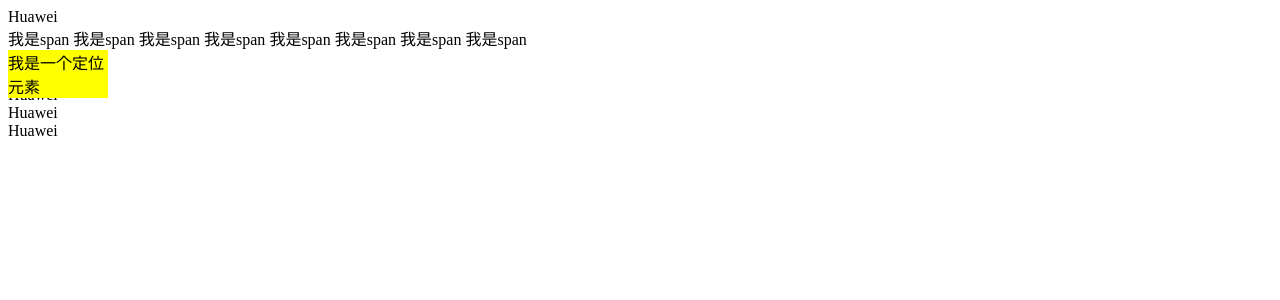
Repository: nanvon/front-end_byhuawei
Page: CSS层级.html
An editor plug-in stored every save of this project. The page is shown before and after the next save, followed by the edit.
The browser window is 1280 px wide. The pictures show the whole page.

Above is the page before, as saved 2020-12-10 20:11:13.

After the next save:
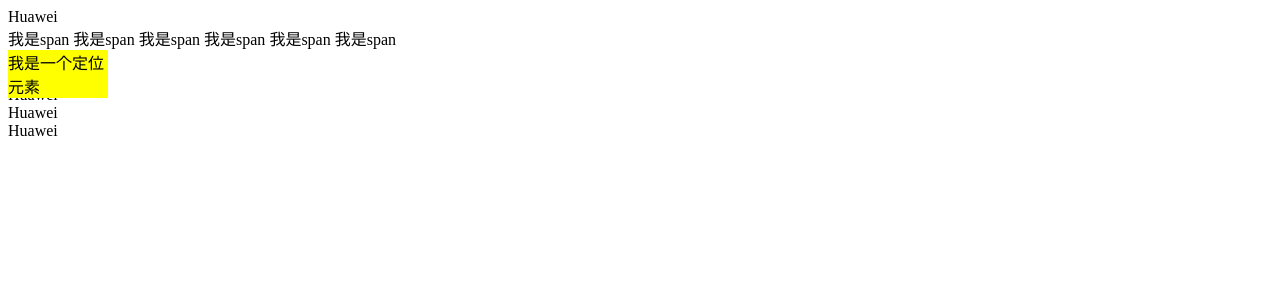
Saved 4 s later.
--- a/CSS层级.html
+++ b/CSS层级.html
@@ -21,8 +21,6 @@
     <span>我是span</span>
     <span>我是span</span>
     <div class="pos1">我是一个定位元素</div>
-    <span>我是span</span>
-    <span>我是span</span>
     <div>Huawei</div>
     <div>Huawei</div>
     <div>Huawei</div>
